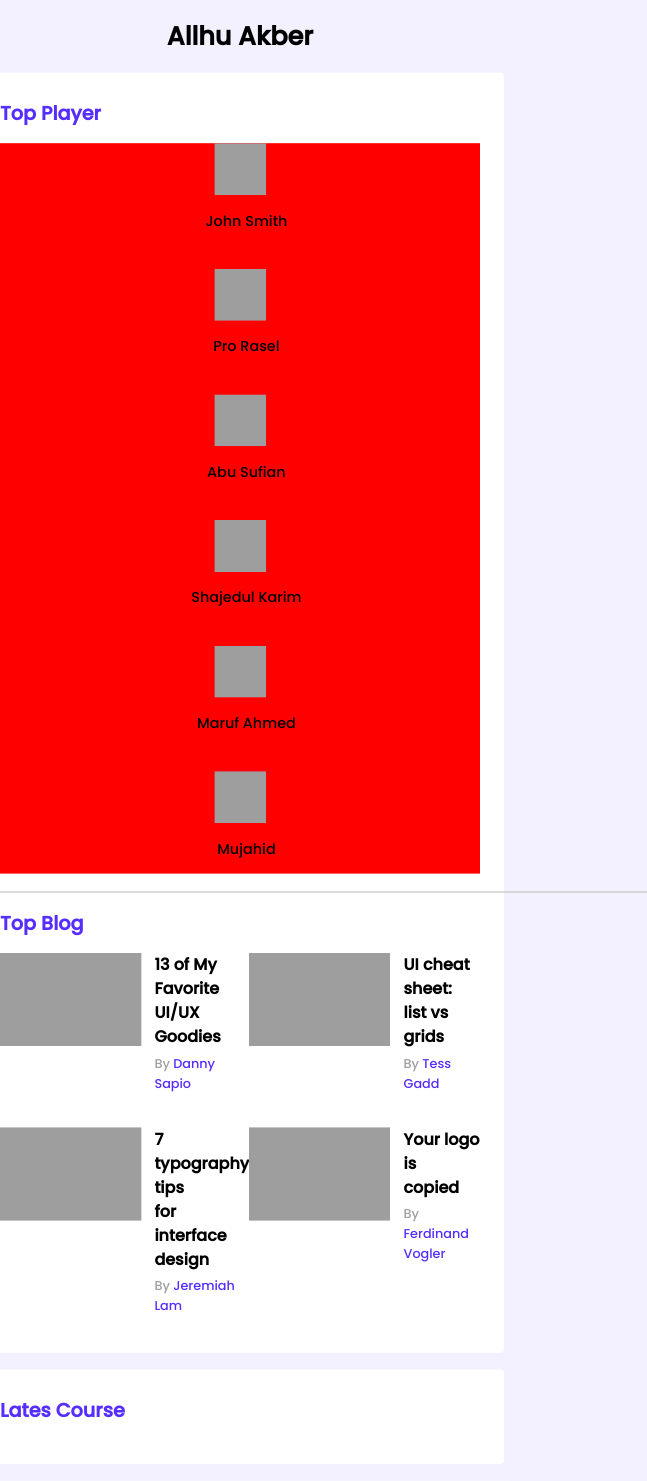
Repository: zjria/leader-board
Page: index.html
An editor plug-in stored every save of this project. The page is shown before and after the next save, followed by the edit.
The browser window is 600 px wide. The page is 809 px wide, so the pictures cover 809 px, including what lies to the right of the window. The pictures show the whole page, at 80% of full size.
Pictures or frames that could not be fetched are drawn as grey boxes.

Above is the page before, as saved 2022-09-05 08:28:59.

After the next save:
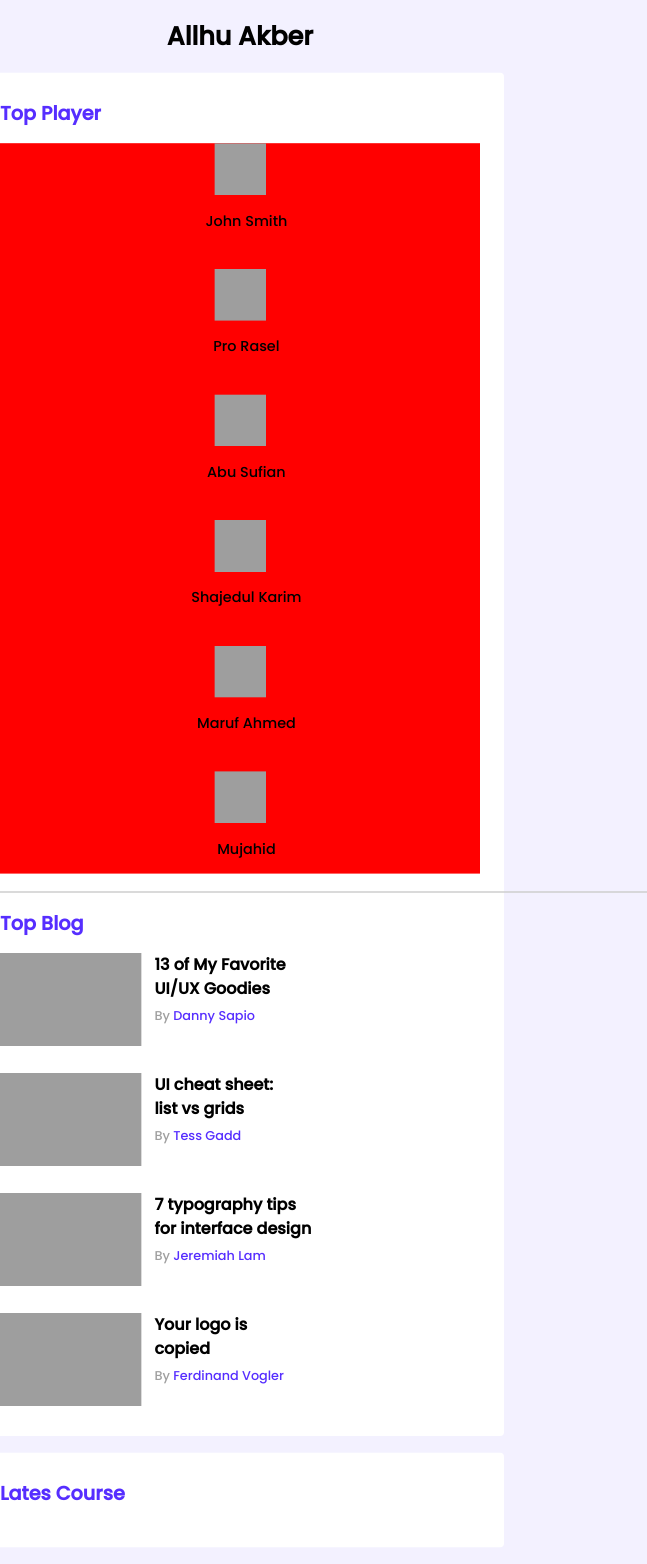
Saved 2 min 59 s later.
--- a/style/style.css
+++ b/style/style.css
@@ -191,6 +191,21 @@ Media Query
         width: 100%;
     }
 
+    .blogs-details {
+
+        grid-template-columns: repeat(1, 1fr);
+
+    }
+
+
+
+
+
+
+
+
+
+
     .course-all-info {
         display: none;
     }
